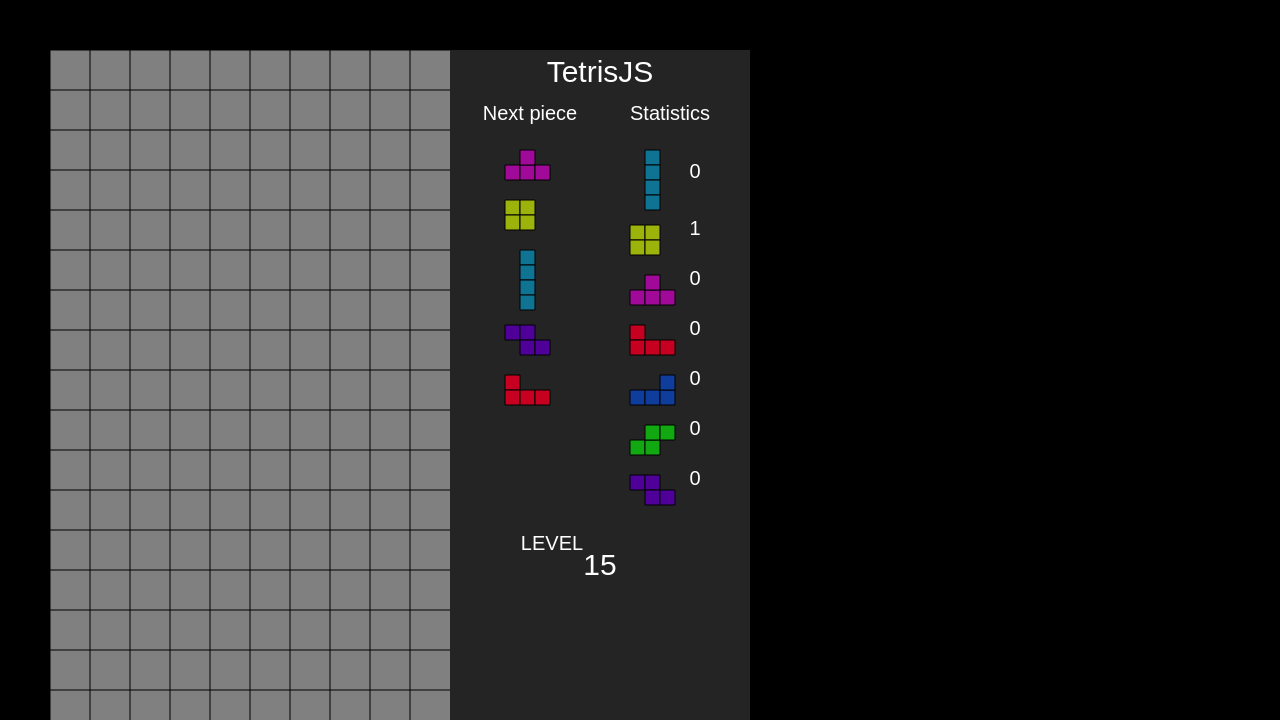
Repository: hosua/TetrisJS
Page: index.html
The author's editor kept a copy of each file at every save. The page is drawn from the files as they stood at one save, then again after the next save.
The browser window is 1280 px wide. The pictures show the whole page.

Above is the page before, as saved 2023-11-07 20:05:16.

After the next save:
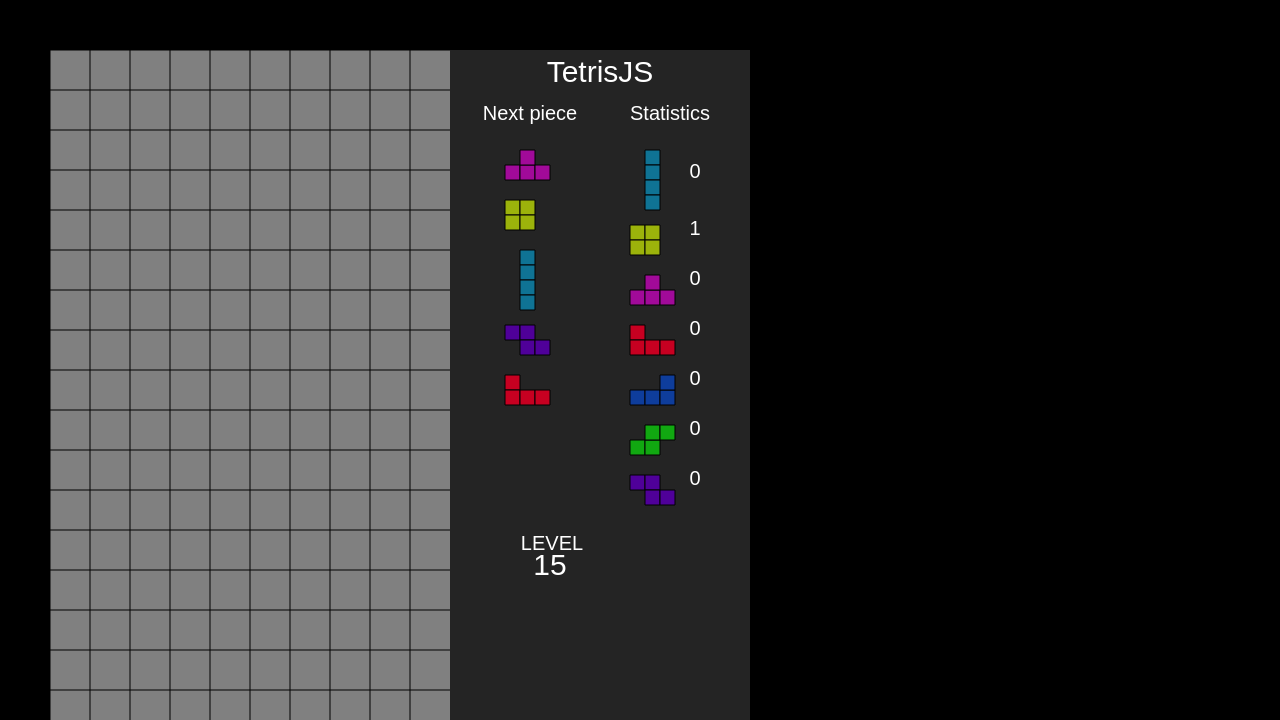
Saved 50 s later.
--- a/src/Tetris.js
+++ b/src/Tetris.js
@@ -548,7 +548,7 @@
 		let y = 500;
 		let y_inc = 25;
 		this.draw_ui_text(`LEVEL`, 20, x - 48, y);
-		this.draw_ui_text(`${tetris.level.toString().padStart(2, '0')}`, 30, x, y + y_inc);
+		this.draw_ui_text(`${tetris.level.toString().padStart(2, '0')}`, 30, x - 50, y + y_inc);
 	}
 
 	draw_lines_cleared(tetris) { // also displays tetris count
